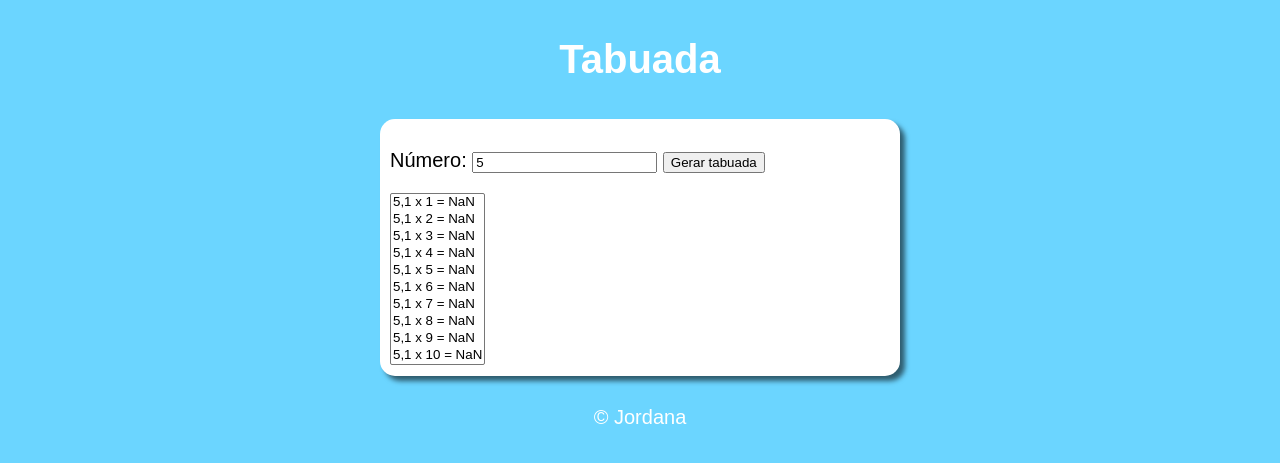
Repository: Iamjordana/Curso-JavaScript
Page: desafio/d04/index.html
The author's editor kept a copy of each file at every save. The page is drawn from the files as they stood at one save, then again after the next save.
The browser window is 1280 px wide. The pictures show the whole page.
Empty fields were first filled with sample values (such as "Sample", 5 or name@example.com).
After loading, the first visible `input[onclick="tabuada()"]` was clicked once.

Above is the page before, as saved 2025-03-19 12:08:59.

### desafio/d04/index.html
<!DOCTYPE html>
<html lang="pt-br">
<head>
    <meta charset="UTF-8">
    <meta name="viewport" content="width=device-width, initial-scale=1.0">
    <title>Modelo Exercicio 2</title>
    <link rel="stylesheet" href="style.css">
</head>
<body>
    <header>
        <h1>Tabuada</h1>
    </header>
    <section>
        <div>
           <p>Número: <input type="number" name="num" id="txtn">  <input type="button" value="Gerar tabuada" onclick="tabuada()"></p>
        </div>
        <div><select name="tabuada" id="seltab" size ='10'>
            <option value="">Digite um numero acima:</option>
        </select></div>

    </section>
    <footer>
        <p>&copy; Jordana</p>
    </footer>
    <script src="script.js"></script>
</body>
</html>

### desafio/d04/style.css
@charset "UTF-8";

body {
  font: normal 15pt Arial, sans-serif;
  background-color: #6bd5ff;
  margin: 0;
  padding: 0;
}

header {
  color: white;
  text-align: center;
  padding: 10px 0;
}


section {
  background-color: white;
  padding: 10px;
  border-radius: 15px;
  width: 500px;
  margin: auto;
  box-shadow: rgba(0, 0, 0, 0.568) 5px 5px 5px;
}

footer {
  color: #ffffff;
  text-align: center;
  padding: 10px 0;
  border-radius: 15px;
}

### desafio/d04/script.js
function tabuada(){
 var num = document.getElementById('txtn')
 var tab = document.getElementById('seltab')

    if ((num.value.length ) == 0){
        window.alert('Por favor, digite um número!')
    } else {
       /* var n =  Number(num.value)
        var c = 1 */
        let n = [Number(num.value), c=1]
        tab.innerHTML = ''
        while (c <=10 ){
            var item =  document.createElement ('option')
            item.text = `${n} x ${c} = ${n*c}`
            item.value = `tab${c}`
            tab.appendChild(item)
            c++}
        }


}

After the next save:
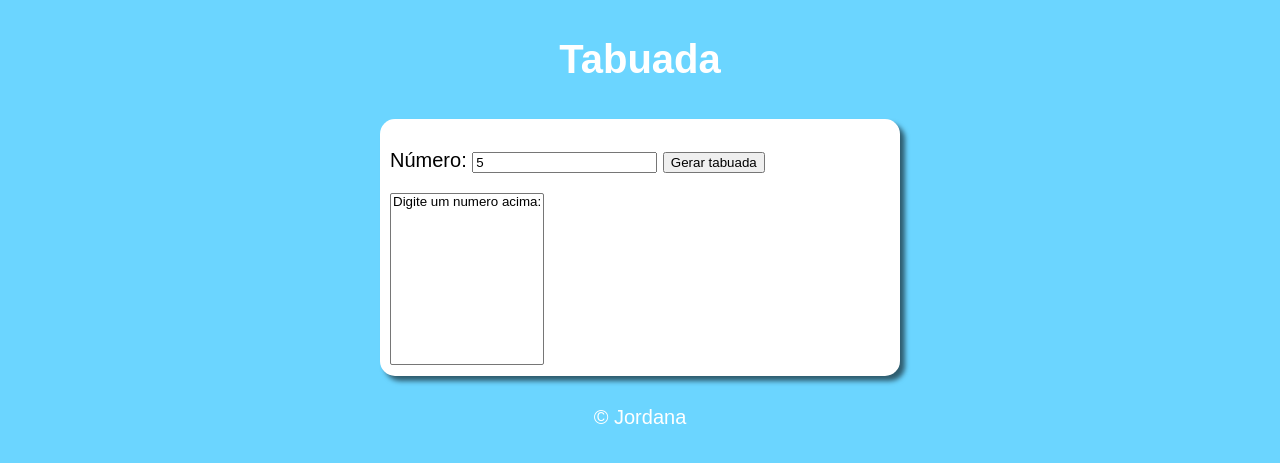
Console error: SyntaxError: Invalid or unexpected token
Saved 11 s later.
--- a/desafio/d04/script.js
+++ b/desafio/d04/script.js
@@ -8,7 +8,7 @@ function tabuada(){
        /* var n =  Number(num.value)
         var c = 1 */
         let n = [Number(num.value), c=1]
-        tab.innerHTML = ''
+      /*  tab.innerHTML = ''
         while (c <=10 ){
             var item =  document.createElement ('option')
             item.text = `${n} x ${c} = ${n*c}`
